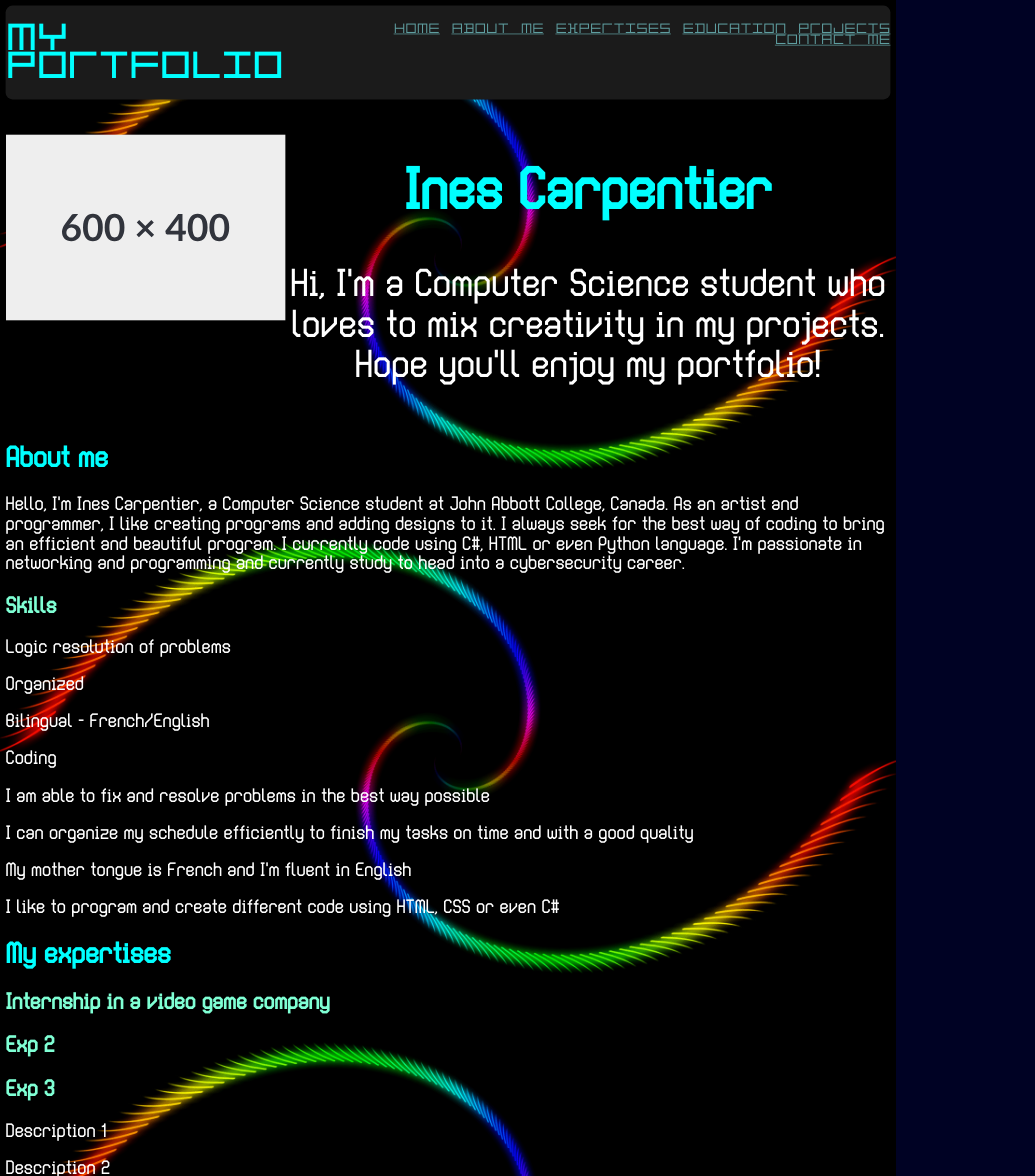
Repository: InsCarp/InsCarp
Page: index.html
An editor plug-in stored every save of this project. The page is shown before and after the next save, followed by the edit.
The browser window is 1280 px wide. The page is 1280 px wide, then 1479 px, so the pictures cover 1479 px, including what lies to the right of the window. The pictures show the part of the page from y = 0 to 1680 px (the page is 2132 px tall), at 70% of full size.
Backgrounds fixed to the window are drawn as part of the page.

Above is the page before, as saved 2026-05-06 09:46:19.

After the next save:
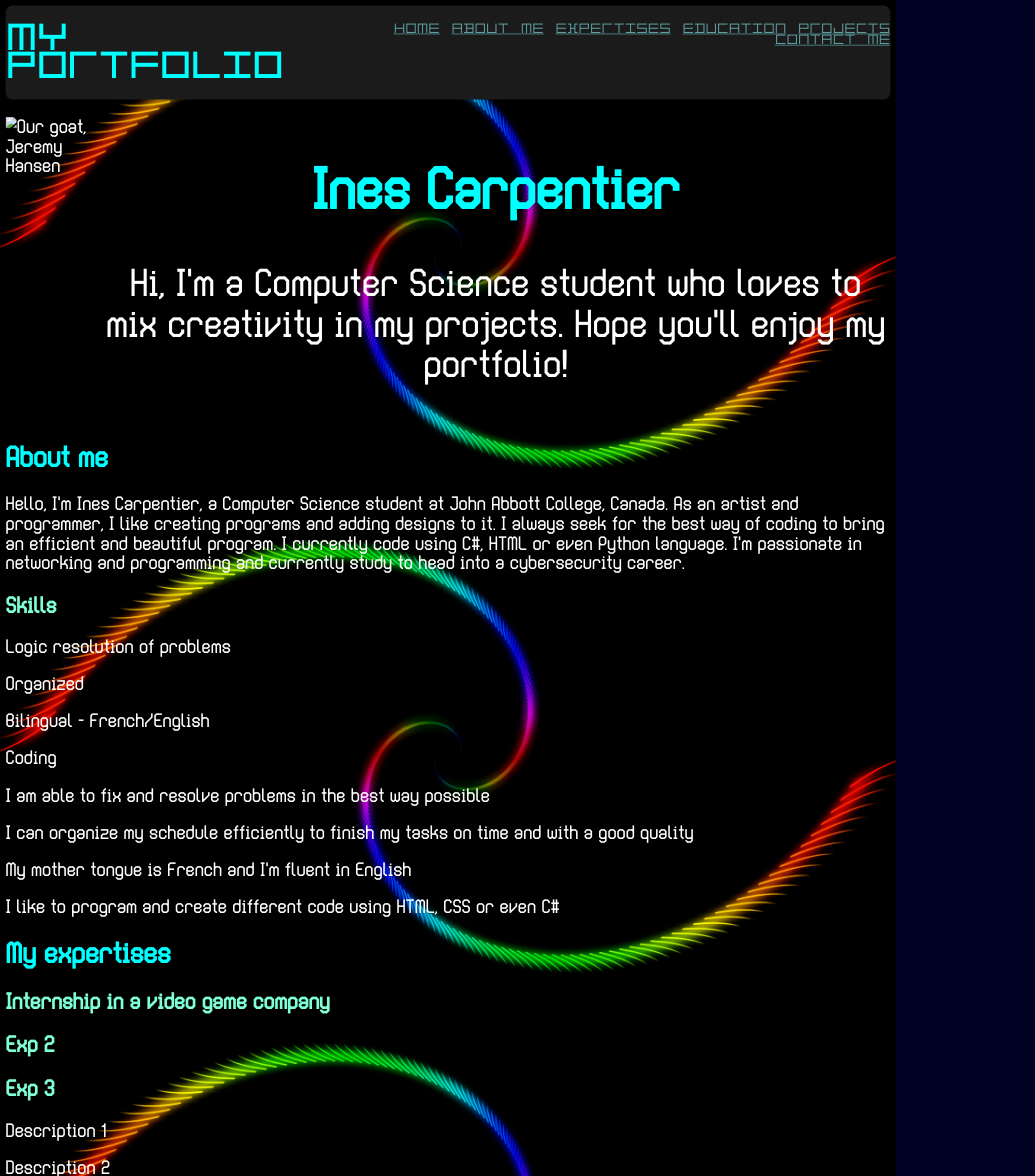
Not found: assets/images/hansen-1200.jpg
Saved 17 min 13 s later.
--- a/index.html
+++ b/index.html
@@ -23,7 +23,16 @@
 <body>
     <div class="Intro">
         <article>
-            <img src="/assets/images/placeholder.svg" id="Me" alt="Me in a circle placeholder"/>
+            <img
+               src="./assets/images/hansen-800.jpg"
+                    srcset="
+                    ./assets/images/hansen-400.jpg   400w,
+                    ./assets/images/hansen-800.jpg   800w,
+                    ./assets/images/hansen-1200.jpg 1200w
+                    "
+                    sizes="100vw"
+                    alt="Our goat, Jeremy Hansen"
+            />
         </article>
         <article id="intro">
             <h2>Ines Carpentier</h2>

After the save that followed:
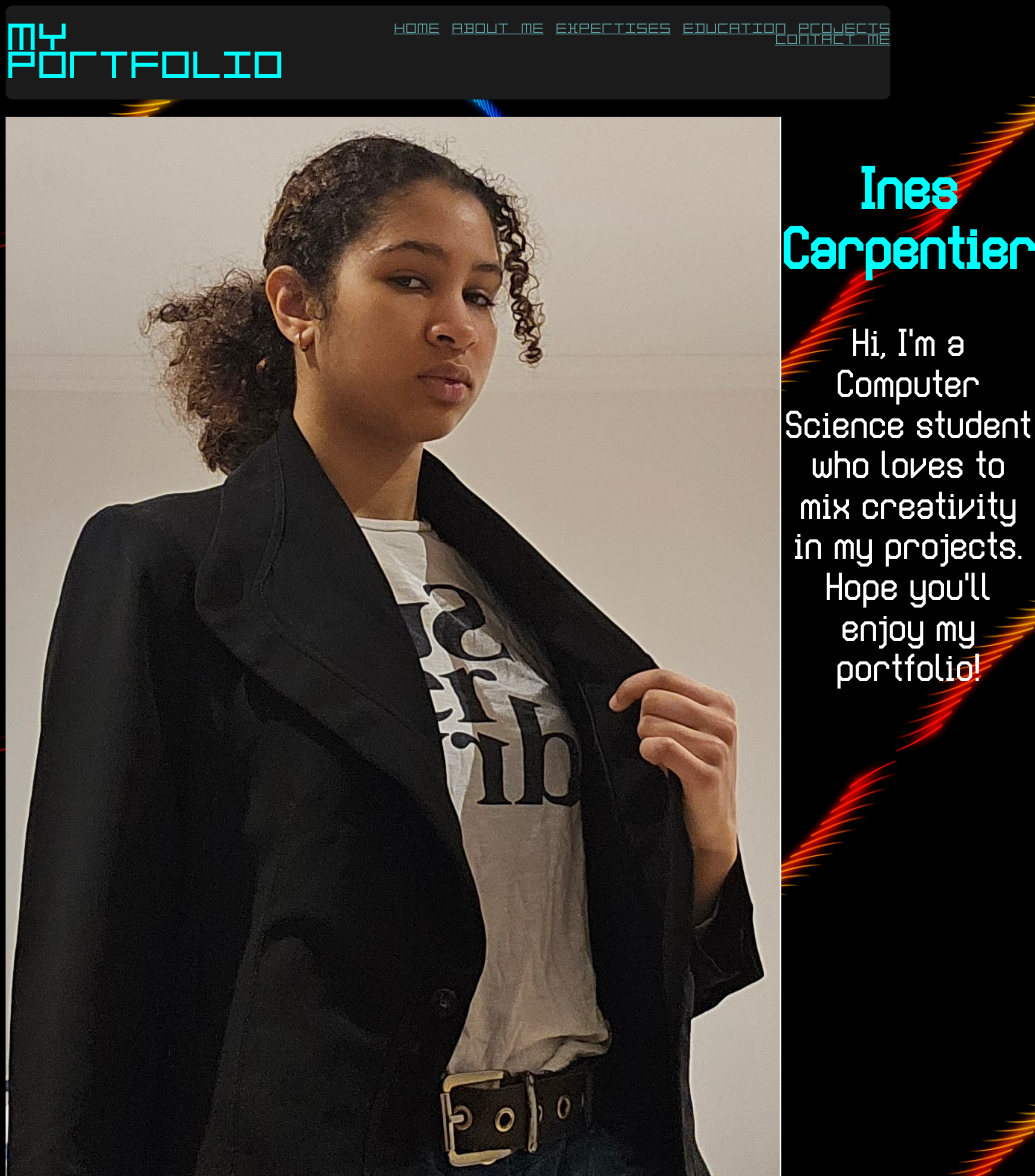
Saved 2 min 50 s later.
--- a/index.html
+++ b/index.html
@@ -24,14 +24,14 @@
     <div class="Intro">
         <article>
             <img
-               src="./assets/images/hansen-800.jpg"
+               src="/assets/images/me1200.jpg"
                     srcset="
-                    ./assets/images/hansen-400.jpg   400w,
-                    ./assets/images/hansen-800.jpg   800w,
-                    ./assets/images/hansen-1200.jpg 1200w
+                    /assets/images/me400.jpg   400w,
+                    /assets/images/me800.jpg   800w,
+                    /assets/images/me1200.jpg 1200w
                     "
                     sizes="100vw"
-                    alt="Our goat, Jeremy Hansen"
+                    alt="Me in a circle"
             />
         </article>
         <article id="intro">
